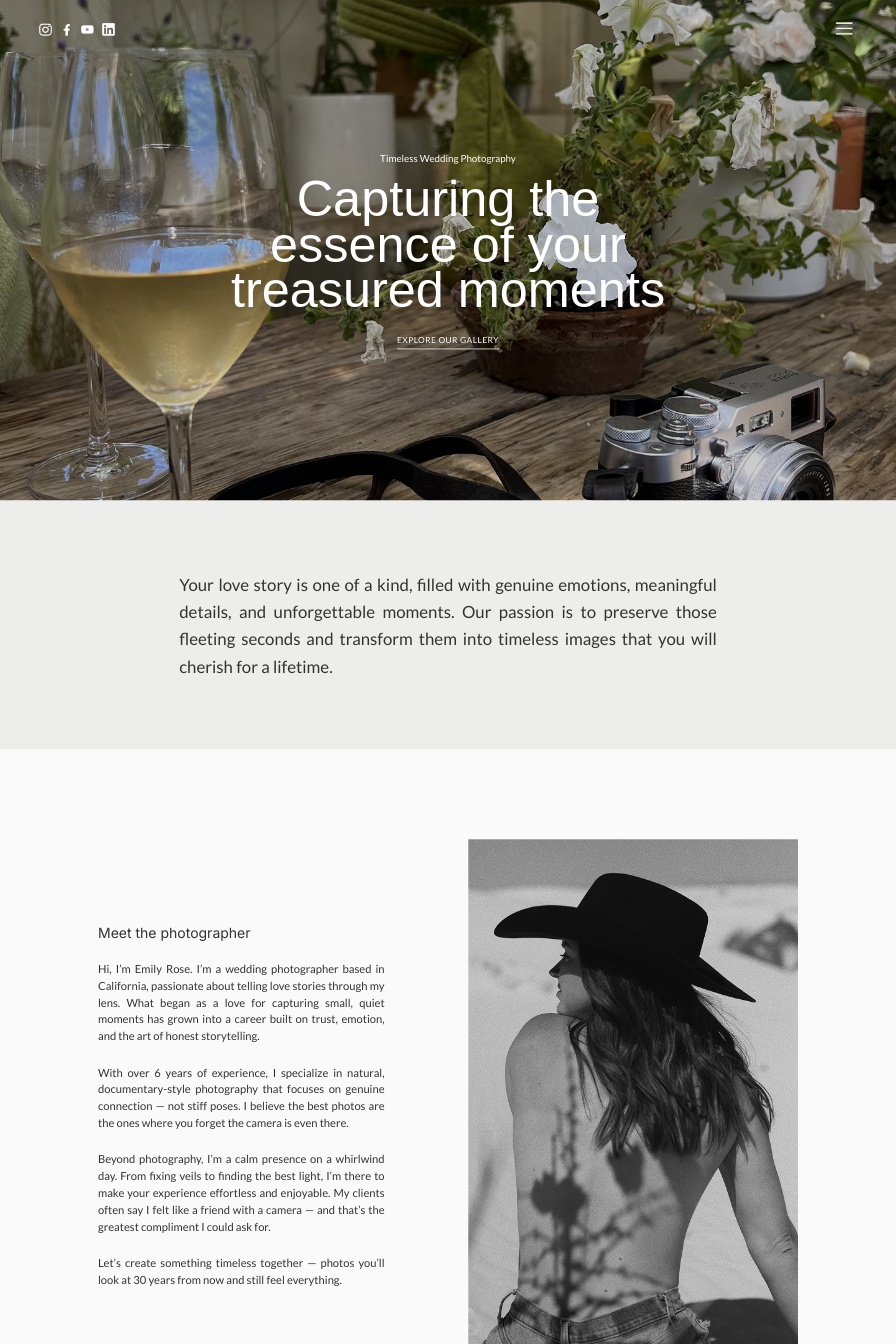
Repository: eduarda-magnago/wt-photography
Page: /
An editor plug-in stored every save of this project. The page is shown before and after the next save, followed by the edit.
The browser window is 1280 px wide. The pictures show the part of the page from y = 0 to 1920 px (the page is 3821 px tall), at 70% of full size.
Some web fonts or font styles are not loaded; a fallback is used. The project was rebuilt for these pictures with package versions that can differ from the ones it lists, and the page was loaded fresh each time. The framework's server and built-in components were replaced by stand-ins that run in the browser. Also part of the build but not shown: next.config.ts.

Above is the page before, as saved 2026-10-15 12:36:39.

### app/layout.tsx
import type { Metadata } from "next";
import { Inter, Lato, Cormorant_SC } from "next/font/google";
import Header from "@/components/layout/header";
import Footer from "@/components/layout/footer";
import "./globals.css";

const inter = Inter({
  subsets: ["latin"],
  variable: "--font-inter",
});

const lato = Lato({
  subsets: ["latin"],
  weight: ["300", "400", "700"],
  variable: "--font-lato",
});

const cormorant = Cormorant_SC({
  subsets: ["latin"],
  weight: ["300", "400", "500"],
  variable: "--font-cormorant",
});

export const metadata: Metadata = {
  title: "WT Timeless Photography",
  description: "Timeless wedding photography",
};

export default function RootLayout({
  children,
}: {
  children: React.ReactNode;
}) {
  return (
    <html
      lang="en"
      className={`${inter.variable} ${lato.variable} ${cormorant.variable}`}
    >
      <body className="font-sans antialiased">
        <Header />
        <main>{children}</main>
        <Footer />
      </body>
    </html>
  );
}

### app/page.tsx
import Hero from "@/components/hero";
import Intro from "@/components/home/intro";
import About from "@/components/home/about";
import Details from "@/components/home/details";
import Testimonials from "@/components/home/testimonials";

export default function Home() {
  return (
    <>
      <Hero
        eyebrow="Timeless Wedding Photography"
        title="Capturing the essence of your treasured moments"
        image="/img/hero-bg.jpg"
      />
      <Intro />
      <About />
      <Details />
      <Testimonials />
    </>
  );
}

### components/layout/header.tsx
"use client";

import { useState } from "react";
import Image from "next/image";
import Link from "next/link";

const navLinks = [
  { label: "Home", href: "/" },
  { label: "About me", href: "/#about" },
  { label: "Gallery", href: "/#gallery" },
  { label: "Testimonials", href: "/#testimonials" },
  { label: "Contact Us", href: "/contact#contact-form" },
];

export default function Header() {
  const [open, setOpen] = useState(false);

  return (
    <header className="absolute inset-x-0 top-0 z-30">
      <div className="flex items-start justify-between px-6 py-8 md:px-14">
        <ul className="flex items-center gap-3">
          <li>
            <a
              href="#"
              aria-label="Instagram"
              className="relative block h-[19px] w-[18px] transition-opacity hover:opacity-70"
            >
              <Image
                src="/img/instagram.png"
                alt=""
                fill
                sizes="18px"
                className="object-contain"
              />
            </a>
          </li>
          <li>
            <a
              href="#"
              aria-label="Facebook"
              className="relative block h-[18px] w-[18px] transition-opacity hover:opacity-70"
            >
              <Image
                src="/img/facebook.png"
                alt=""
                fill
                sizes="18px"
                className="object-contain"
              />
            </a>
          </li>
          <li>
            <a
              href="#"
              aria-label="YouTube"
              className="relative block h-[18px] w-[18px] transition-opacity hover:opacity-70"
            >
              <Image
                src="/img/youtube.png"
                alt=""
                fill
                sizes="18px"
                className="object-contain"
              />
            </a>
          </li>
          <li>
            <a
              href="#"
              aria-label="LinkedIn"
              className="relative block h-[18px] w-[18px] transition-opacity hover:opacity-70"
            >
              <Image
                src="/img/linkedin.png"
                alt=""
                fill
                sizes="18px"
                className="object-contain"
              />
            </a>
          </li>
        </ul>

        <button
          type="button"
          onClick={() => setOpen(true)}
          aria-label="Open menu"
          className="relative block h-6 w-9 transition-opacity hover:opacity-70"
        >
          <Image
            src="/img/menu.png"
            alt=""
            fill
            sizes="36px"
            className="object-contain"
          />
        </button>
      </div>

      {open && (
        <div className="fixed inset-0 z-40 flex items-center justify-center bg-ink/95">
          <button
            type="button"
            onClick={() => setOpen(false)}
            aria-label="Close menu"
            className="absolute right-6 top-8 text-3xl text-white md:right-14"
          >
            ✕
          </button>
          <nav>
            <ul className="flex flex-col items-center gap-8">
              {navLinks.map((link) => (
                <li key={link.label}>
                  <Link
                    href={link.href}
                    onClick={() => setOpen(false)}
                    className="font-heading text-2xl text-white"
                  >
                    {link.label}
                  </Link>
                </li>
              ))}
            </ul>
          </nav>
        </div>
      )}
    </header>
  );
}

### components/layout/footer.tsx
import Image from "next/image";
import Link from "next/link";

const exploreLinks = [
  { label: "Home", href: "/" },
  { label: "About", href: "/#about" },
  { label: "Gallery", href: "/#gallery" },
  { label: "Testimonials", href: "/#testimonials" },
  { label: "Contact Us", href: "/contact#contact-form" },
];

const headingClass = "mb-6 text-xs uppercase tracking-widest";

export default function Footer() {
  return (
    <footer>
      <div className="bg-ink px-6 py-12 text-sm text-white md:px-25 md:py-14">
        <div className="mx-auto max-w-[1600px]">
          <div className="grid gap-12 md:grid-cols-[1fr_auto_auto_auto] md:gap-24">
            <div>
              <Image
                src="/img/logo.png"
                alt="WT Timeless Photography"
                width={240}
                height={110}
              />
              <p className="mt-6 max-w-xs leading-relaxed md:mt-8">
                With a natural and artistic approach, we create photographs
                that reflect everything. From the ceremony to the celebration,
                we capture each moment with care and attention.
              </p>
            </div>

            <div className="md:pt-6">
              <h3 className={headingClass}>Links</h3>
              <ul className="space-y-2">
                {exploreLinks.map((link) => (
                  <li key={link.label}>
                    <Link href={link.href}>{link.label}</Link>
                  </li>
                ))}
              </ul>
            </div>

            <div className="md:pt-6">
              <h3 className={headingClass}>Contact</h3>
              <address className="not-italic leading-relaxed">
                28 Banksia Street
                <br />
                Fitzroy VIC 3065
                <br />
                Australia
              </address>
              <div className="mt-6 flex flex-col gap-1 underline">
                <a href="tel:+61355500147">+61 3 5550 0147</a>
                <a href="tel:+61491570156">+61 491 570 156</a>
              </div>
              <a
                href="mailto:infowt@gmail.com"
                className="mt-6 block underline"
              >
                infowt@gmail.com
              </a>
            </div>

            <div className="md:pt-6">
              <h3 className={headingClass}>Resources</h3>
              <ul className="space-y-2">
                <li>
                  <a href="#">Privacy Policy</a>
                </li>
                <li>
                  <a href="#">Terms &amp; Conditions</a>
                </li>
              </ul>
              <ul className="mt-6 flex items-center gap-3">
                <li>
                  <a
                    href="#"
                    aria-label="Instagram"
                    className="transition-opacity hover:opacity-70"
                  >
                    <Image src="/img/instagram.png" alt="" width={18} height={18} />
                  </a>
                </li>
                <li>
                  <a
                    href="#"
                    aria-label="Facebook"
                    className="relative block h-[18px] w-[18px] transition-opacity hover:opacity-70"
                  >
                    <Image
                      src="/img/facebook.png"
                      alt=""
                      fill
                      sizes="18px"
                      className="object-contain"
                    />
                  </a>
                </li>
                <li>
                  <a
                    href="#"
                    aria-label="YouTube"
                    className="transition-opacity hover:opacity-70"
                  >
                    <Image src="/img/youtube.png" alt="" width={18} height={18} />
                  </a>
                </li>
                <li>
                  <a
                    href="#"
                    aria-label="LinkedIn"
                    className="transition-opacity hover:opacity-70"
                  >
                    <Image src="/img/linkedin.png" alt="" width={18} height={18} />
                  </a>
                </li>
              </ul>
            </div>
          </div>

          <div className="mt-14 flex flex-col gap-3 border-t border-white/30 pt-6 text-xs md:flex-row md:items-center md:justify-between">
            <p>
              Based in Melbourne, available wherever you&apos;d like to say yes.
            </p>
            <a href="#" className="transition-opacity hover:opacity-70">
              Back to top &uarr;
            </a>
          </div>
        </div>
      </div>

      <div className="bg-neutral-200 px-6 py-5 text-xs text-ink md:px-16">
        <div className="mx-auto flex max-w-[1600px] flex-col gap-2 md:flex-row md:justify-between">
          <p>
            Designed &amp; Developed by{" "}
            <a
              href="https://www.instagram.com/webstudio.em"
              target="_blank"
              rel="noopener noreferrer"
              className="underline"
            >
              EM Studio Web
            </a>
          </p>
          <p>© WT Timeless Wedding Photography 2026 - All rights reserved.</p>
        </div>
      </div>
    </footer>
  );
}

### app/globals.css
@import "tailwindcss";

@theme inline {
  --font-sans: var(--font-lato);
  --font-heading: var(--font-inter);
  --font-hero: var(--font-cormorant);

  --color-ink: #333333;
  --color-sand: #ededeb;
  --color-paper: #fafafa;
  --color-blush: #f4e6dc;
}

html {
  scroll-behavior: smooth;
}

body {
  background: var(--color-paper);
  color: var(--color-ink);
}

### components/hero.tsx
import Image from "next/image";
import Link from "next/link";

type HeroProps = {
  eyebrow: string;
  title: string;
  image: string;
  ctaLabel?: string;
  ctaHref?: string;
};

export default function Hero({
  eyebrow,
  title,
  image,
  ctaLabel = "Explore our gallery",
  ctaHref = "/#gallery",
}: HeroProps) {
  return (
    <section className="relative flex h-[70vh] min-h-[715px] items-center justify-center overflow-hidden">
      <Image
        src="/img/hero.png"
        alt=""
        fill
        priority
        sizes="100vw"
        className="object-cover"
      />
      <div className="absolute inset-0 bg-black/20" />
      <div className="relative z-10 flex max-w-3xl flex-col items-center px-6 text-center text-white">
        <p className="mb-4 text-sm">{eyebrow}</p>
        <h1 className="font-hero text-5xl leading-[0.9] md:text-7xl">
          {title}
        </h1>
        <Link
          href={ctaHref}
          className="mt-8 border-b border-white pb-1 text-xs uppercase tracking-wider"
        >
          {ctaLabel}
        </Link>
      </div>
    </section>
  );
}

### components/home/intro.tsx
export default function Intro() {
  return (
    <section className="bg-sand px-6 py-22 md:py-25">
      <p className="mx-auto max-w-3xl text-justify text-xl leading-relaxed md:text-2xl">
        Your love story is one of a kind, filled with genuine emotions,
        meaningful details, and unforgettable moments. Our passion is to
        preserve those fleeting seconds and transform them into timeless images
        that you will cherish for a lifetime.
      </p>
    </section>
  );
}

### components/home/about.tsx
import Image from "next/image";

export default function About() {
  return (
    <section id="about" className="bg-paper px-6 py-24 md:px-14 md:py-32">
      <div className="mx-auto grid max-w-[1000px] items-center gap-12 md:grid-cols-[435fr_500fr] md:gap-x-12 xl:gap-x-[120px]">
        <div>
          <h2 className="font-heading text-[20px]">Meet the photographer</h2>

          <div className="mt-6 space-y-7 text-justify text-base leading-6">
            <p>
              Hi, I’m Emily Rose. I’m a wedding photographer based in
              California, passionate about telling love stories through my
              lens. What began as a love for capturing small, quiet moments has
              grown into a career built on trust, emotion, and the art of
              honest storytelling.
            </p>
            <p>
              With over 6 years of experience, I specialize in natural,
              documentary-style photography that focuses on genuine connection
              — not stiff poses. I believe the best photos are the ones where
              you forget the camera is even there.
            </p>
            <p>
              Beyond photography, I’m a calm presence on a whirlwind day. From
              fixing veils to finding the best light, I’m there to make your
              experience effortless and enjoyable. My clients often say I felt
              like a friend with a camera — and that’s the greatest compliment
              I could ask for.
            </p>
            <p>
              Let’s create something timeless together — photos you’ll look at
              30 years from now and still feel everything.
            </p>
          </div>
        </div>

        <div className="relative aspect-[619/855] w-full md:aspect-[619/1000]">
          <Image
            src="/img/about.png"
            alt="Wedding photographer picture"
            fill
            sizes="(min-width: 1280px) 500px, (min-width: 768px) 50vw, 100vw"
            className="object-cover"
          />
        </div>
      </div>
    </section>
  );
}

### components/home/details.tsx
import Image from "next/image";
import Link from "next/link";

const photos = [
  { src: "/img/detail1.png", alt: "Bouquet resting on a golden ornament" },
  { src: "/img/detail2.png", alt: "Couple dancing by a large window" },
  { src: "/img/detail3.png", alt: "Bridesmaids laughing together" },
];

export default function Details() {
  return (
    <section id="gallery" className="bg-paper px-6 pb-24 md:px-14 md:pb-32">
      <div className="mx-auto max-w-[1000px]">
        <div className="flex items-baseline justify-between">
          <h2 className="font-heading text-[20px]">
            Always thinking of every detail
          </h2>
          <Link href="/#gallery" className="font-heading text-sm font-semibold">
            View full gallery &gt;
          </Link>
        </div>

        <div className="mt-10 space-y-6 text-sm leading-relaxed">
          <p>
            From the quiet tear before the ceremony to the golden light hitting
            your bouquet just right — I believe the beauty is in the details. I
            don’t just take pictures; I observe, anticipate, and capture the
            moments you didn’t even realize were happening.
          </p>
          <p>
            Whether it’s making sure your dress is perfectly fluffed, guiding
            you into the best lighting, or noticing when your grandma reaches
            for your hand — my job goes far beyond the shutter. I’m there to
            preserve every fleeting detail that makes your day uniquely yours.
            Because when it’s all over, it’s the little things that stay with
            you the longest.
          </p>
        </div>

        <div className="mt-16 grid gap-6 md:grid-cols-3">
          {photos.map((photo) => (
            <div key={photo.src} className="relative aspect-[3/4]">
              <Image
                src={photo.src}
                alt={photo.alt}
                fill
                sizes="(min-width: 768px) 33vw, 100vw"
                className="object-cover"
              />
            </div>
          ))}
        </div>
      </div>
    </section>
  );
}

### components/home/testimonials.tsx
"use client";

import { useState } from "react";
import Image from "next/image";

const testimonials = [
  {
    name: "Anna C.",
    image: "/img/testimonial.png",
    quote:
      "I had a very amazing contracting WP for my wedding. They are super kind team and I always felt I could trust 100% in their work. When I received the pictures I was more surprised than I imagined, really good quality! No regrets.",
  },
];

export default function Testimonials() {
  const [index, setIndex] = useState(0);
  const current = testimonials[index];

  function next() {
    setIndex((prev) => (prev + 1) % testimonials.length);
  }

  return (
    <section id="testimonials" className="bg-sand px-6 py-20 md:px-14">
      <div className="mx-auto grid max-w-5xl items-center gap-10 md:grid-cols-[auto_1fr] md:gap-16">
        <div className="relative h-48 w-48 overflow-hidden rounded-full md:h-56 md:w-56">
          <Image
            src={current.image}
            alt={current.name}
            fill
            sizes="224px"
            className="object-cover"
          />
        </div>

        <div>
          <h3 className="font-heading text-xl">{current.name}</h3>
          <blockquote className="mt-4 text-justify text-lg leading-relaxed">
            “{current.quote}”
          </blockquote>
          <button
            type="button"
            onClick={next}
            className="font-heading mt-8 ml-auto block text-sm font-semibold"
          >
            {index + 1}/{testimonials.length} &gt;
          </button>
        </div>
      </div>
    </section>
  );
}

After the next save:
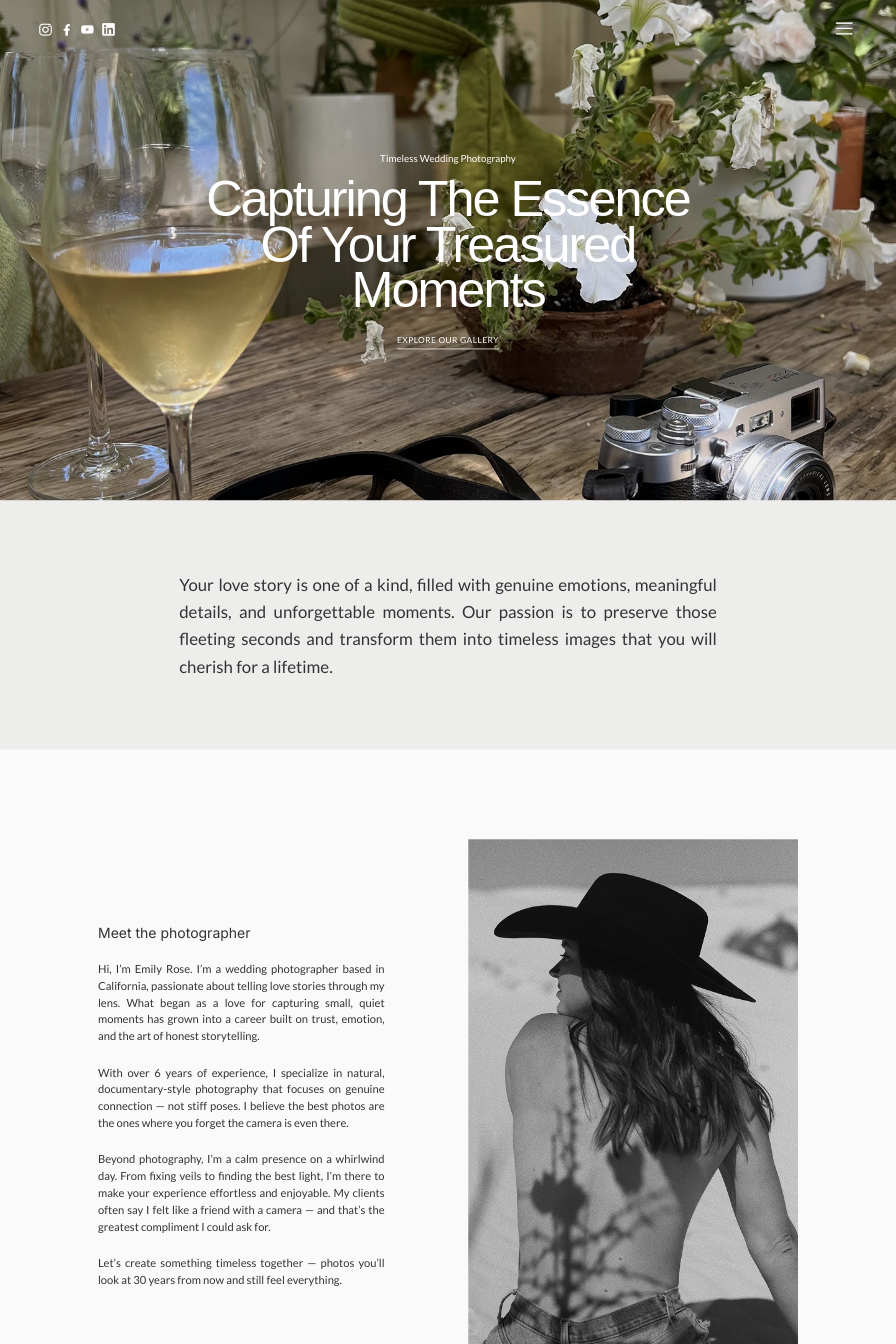
Saved 3 min 41 s later.
--- a/components/hero.tsx
+++ b/components/hero.tsx
@@ -26,10 +26,10 @@ export default function Hero({
         sizes="100vw"
         className="object-cover"
       />
-      <div className="absolute inset-0 bg-black/20" />
+      <div className="absolute inset-0 bg-black/5" />
       <div className="relative z-10 flex max-w-3xl flex-col items-center px-6 text-center text-white">
         <p className="mb-4 text-sm">{eyebrow}</p>
-        <h1 className="font-hero text-5xl leading-[0.9] md:text-7xl">
+        <h1 className="font-hero text-5xl capitalize leading-[0.9] tracking-[-0.04em] md:text-7xl">
           {title}
         </h1>
         <Link
